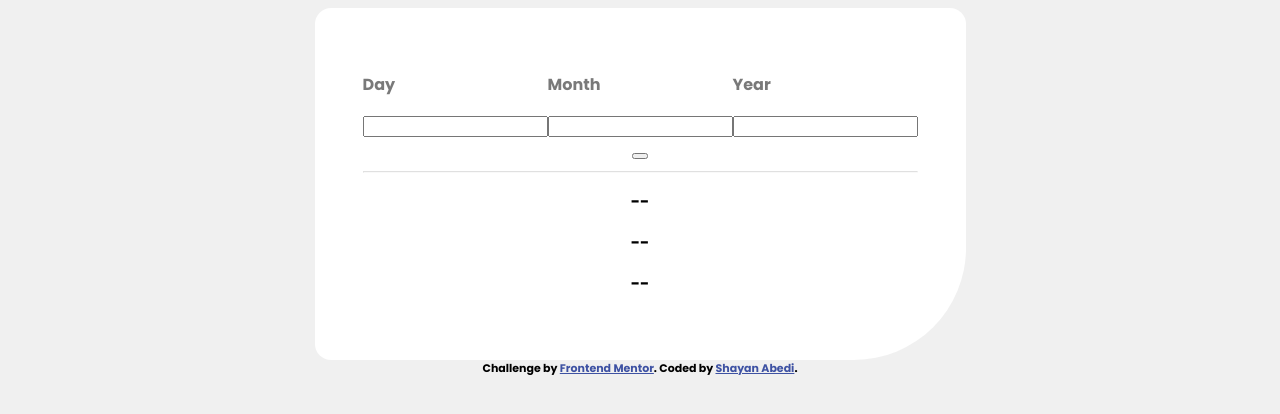
Repository: shayanabedi98/age-calculator
Page: index.html
An editor plug-in stored every save of this project. The page is shown before and after the next save, followed by the edit.
The browser window is 1280 px wide. The pictures show the whole page.

Above is the page before, as saved 2023-09-18 19:14:52.

### index.html
<!DOCTYPE html>
<html lang="en">
<head>
  <meta charset="UTF-8">
  <meta name="viewport" content="width=device-width, initial-scale=1.0">
  <link rel="icon" type="image/png" sizes="32x32" href="./assets/images/favicon-32x32.png">
  <link rel="stylesheet" href="styles.css">
  <title>Frontend Mentor | Age calculator app</title>
</head>
<body>

  <div class="grid-container">
    <div class="dob">
      <div class="day">
        <p>Day</p>
        <input type="text">
      </div>
      <div class="month">
        <p>Month</p>
        <input type="text">
      </div>
      <div class="year">
        <p>Year</p>
        <input type="text">
      </div>
    </div>
    <div class="calculate">
      <button></button>
    </div>
    <hr>
    <div>
      <p id="age-year">--</p>
      <p id="age-month">--</p>
      <p id="age-day">--</p>
    </div>
  </div>

  <div class="attribution">
    Challenge by <a href="https://www.frontendmentor.io?ref=challenge" target="_blank">Frontend Mentor</a>.
    Coded by <a href="#">Shayan Abedi</a>.
  </div>
  <script src="index.js"></script>
</body>
</html>

### styles.css
@font-face {
    font-family: Poppins-Bold;
    src: url(./assets/fonts/Poppins-Bold.ttf);
}



body {
    font-family: 'Poppins-Bold', sans-serif;
    background-color: rgba(240,240,240,255);
    display: grid;
    justify-content: center;
}

.grid-container {
    background-color: white;
    border-radius: 1em 1em 7em 1em;
    padding: 3em;
    text-align: center;
}

.dob {
    display: grid;
    grid-template-columns: 1fr 1fr 1fr;
    text-align: start;
}

.dob p {
    color: rgba(121,121,121,255);
}



hr {
    opacity: 30%;
}

.attribution {
    font-size: 11px; text-align: center;
}

.attribution a {
    color: hsl(228, 45%, 44%);
}

Loaded but not shown: index.js (common file)

After the next save:
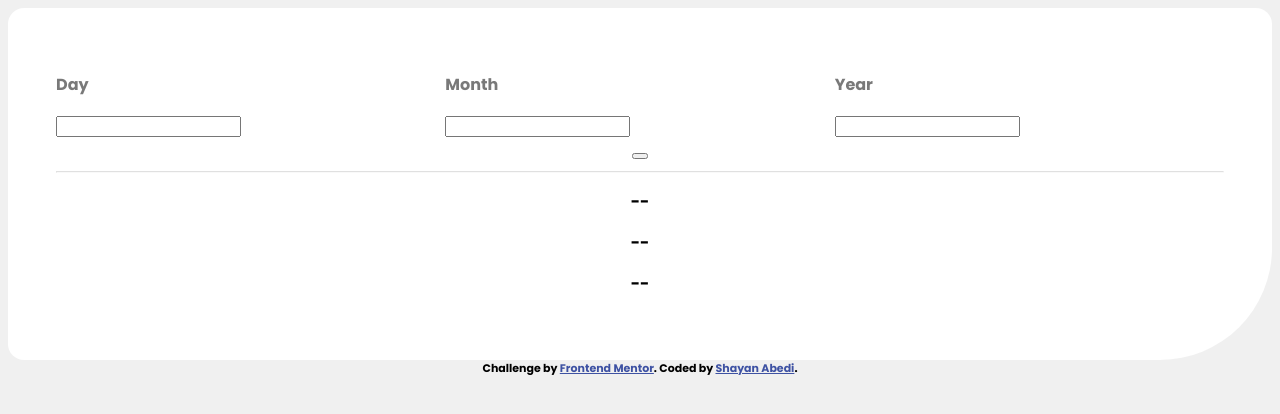
Saved 94 s later.
--- a/styles.css
+++ b/styles.css
@@ -9,6 +9,7 @@ body {
     font-family: 'Poppins-Bold', sans-serif;
     background-color: rgba(240,240,240,255);
     display: grid;
+    grid-template-columns: 1fr;
     justify-content: center;
 }
 
